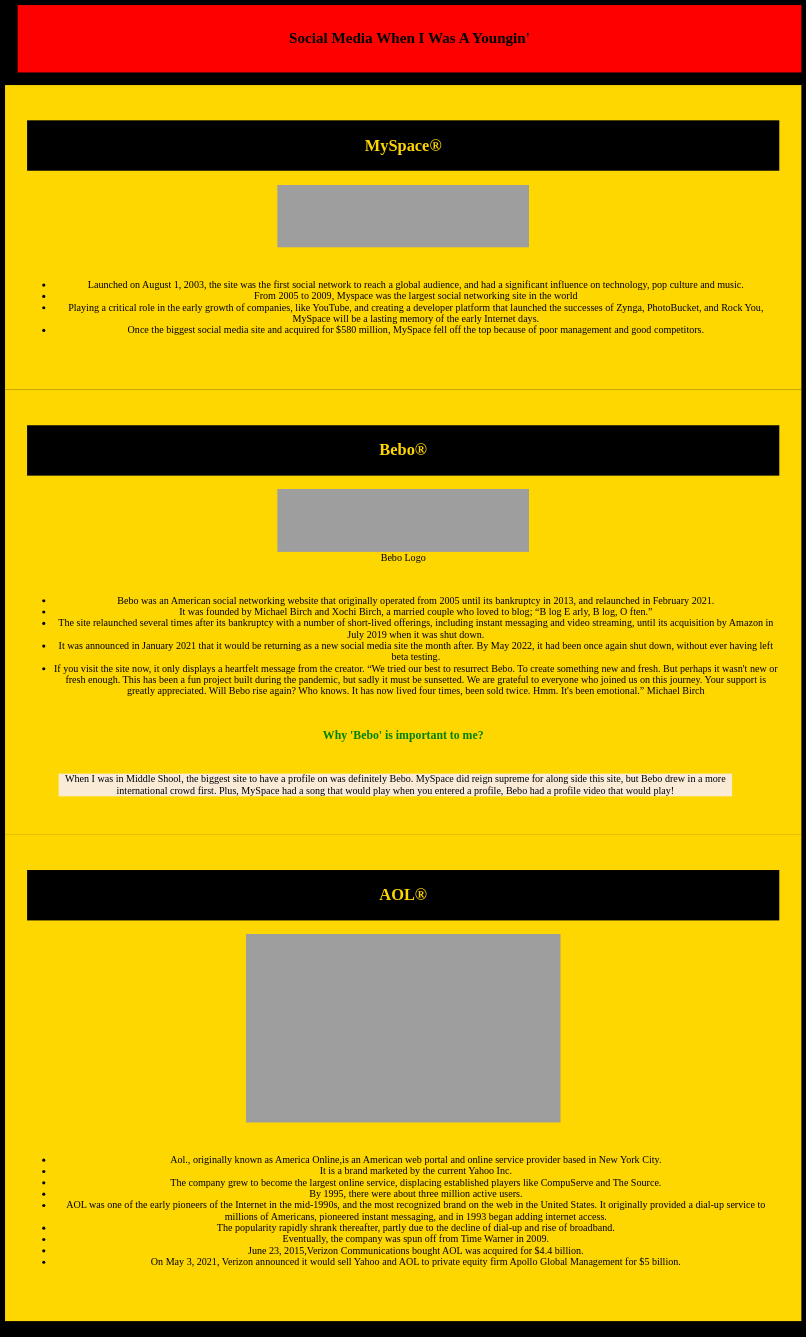
Repository: AndrewGrantt/LC101
Page: LC101/js-assignment-4-html-me-something-buffylow/index.html
An editor plug-in stored every save of this project. The page is shown before and after the next save, followed by the edit.
The browser window is 1280 px wide. The pictures show the whole page, at 63% of full size.
Pictures or frames that could not be fetched are drawn as grey boxes.

Above is the page before, as saved 2022-07-15 07:00:40.

After the next save:
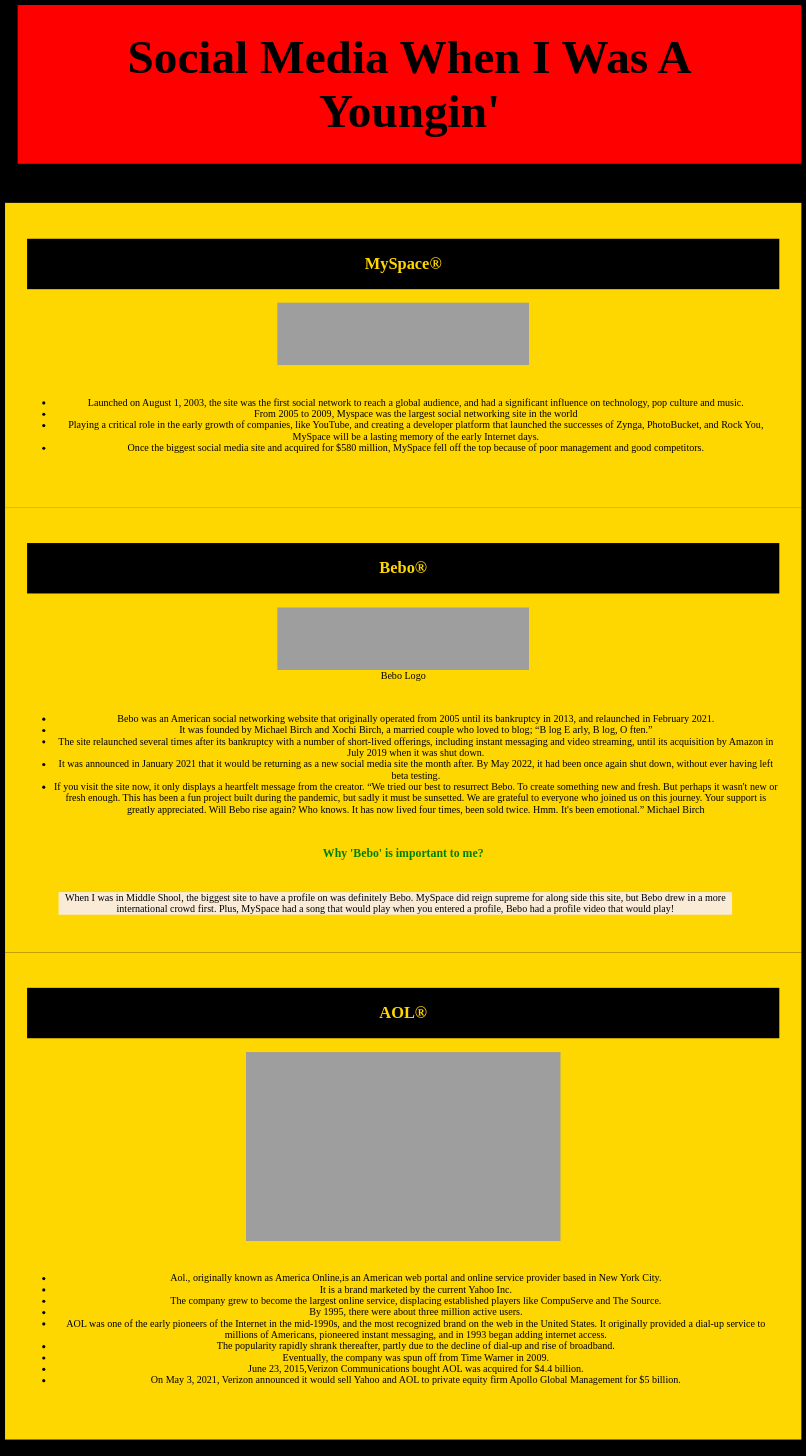
Saved 55 s later.
--- a/LC101/js-assignment-4-html-me-something-buffylow/styles.css
+++ b/LC101/js-assignment-4-html-me-something-buffylow/styles.css
@@ -6,6 +6,7 @@
   h1 {
     color: rgb(43, 49, 226);
     margin-left: 20px;
+    font-size: 75px;
   }
 
     .sites {
